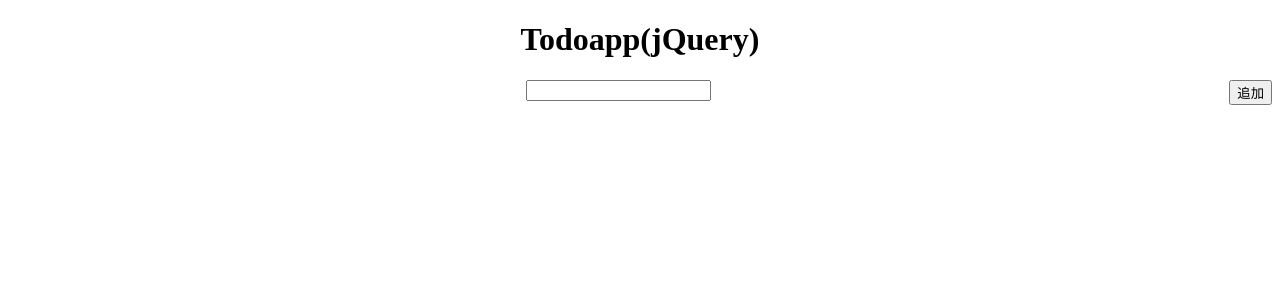
Repository: shinyahayashi1103/Todoapp-jQuery
Page: index.html
The author's editor kept a record of every edit. The page is drawn from the files as they stood at one moment, then again after the next edit.
The browser window is 1280 px wide. The pictures show the whole page.

Above is the page before.

### index.html
<!DOCTYPE html>
<html lang="en">
<head>
    <meta charset="UTF-8">
    <meta name="viewport" content="width=device-width, initial-scale=1.0">
    <meta http-equiv="X-UA-Compatible" content="ie=edge">
    <link rel="stylesheet" href="style.css" type="text/css" />
    <title>jQuery</title>
</head>
<body>

    <h1 id="title">Todoapp(jQuery)</h1>
    <div id="input-section">
        <input type="text" id="todo-input">
        <button id="add-buton"><span>追加</span></button>
    </div>

    <ul id="todo-container">

    </ul>


    <script
      src="https://code.jquery.com/jquery-3.6.0.min.js"
      integrity="sha256-/xUj+3OJU5yExlq6GSYGSHk7tPXikynS7ogEvDej/m4="
      crossorigin="anonymous">
    </script>

    <script type="text/javascript" src="main.js"></script>
    </body>
</htm

### style.css
#title{
    text-align: center
}

#input-section{
   text-align: center;

}


#todo-container{
    padding: 0;
    width: 50%;
    margin: 10px auto;
    list-style-type: none;
}

.item{
    padding:10px;
    border:1px solid black;
    margin-bottom: 10px;
}

.item-button{
    float:right;
}

#add-buton{
    float: right;
}

### main.js
$(() => {
  // Todoを保存する配列を用意する
  const todos = [];

  // DOM操作に必要な要素を取得する
  const $todoInput = $('#todo-input');
  const $todoContainer = $('#todo-container');
  const $addButton = $('#add-buton');

  // 追加ボタンをクリックしたときの処理を実装する
  $addButton.click(() => {
    const todo = $todoInput.val();
    if (todo) {
      todos.push(todo);
      $todoInput.val('');
      showTodos();
    }
  });

  // Todoを保存している配列を一覧表示する
  const showTodos = () => {
    $todoContainer.empty();

    todos.forEach((todo, index) => {
      const $item = $(`<li class="item">${todo}</li>`);
      const $deleteButton = $(`<button class="item-button">削除</button>`);

      $item.append($deleteButton);
      $todoContainer.append($item);

      $deleteButton.click(() => {
        deleteTodoByIndex(index);
      });
    });
  };

  // 指定したTodoを配列から取り除く
  const deleteTodoByIndex = (index) => {
    todos.splice(index, 1);
    showTodos();
  };
});

After the next edit:
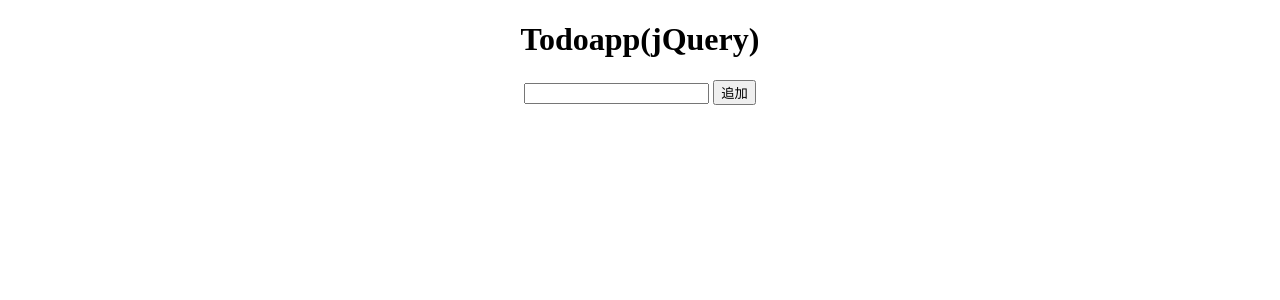
The edit:
--- a/style.css
+++ b/style.css
@@ -24,7 +24,3 @@
 .item-button{
     float:right;
 }
-
-#add-buton{
-    float: right;
-}
